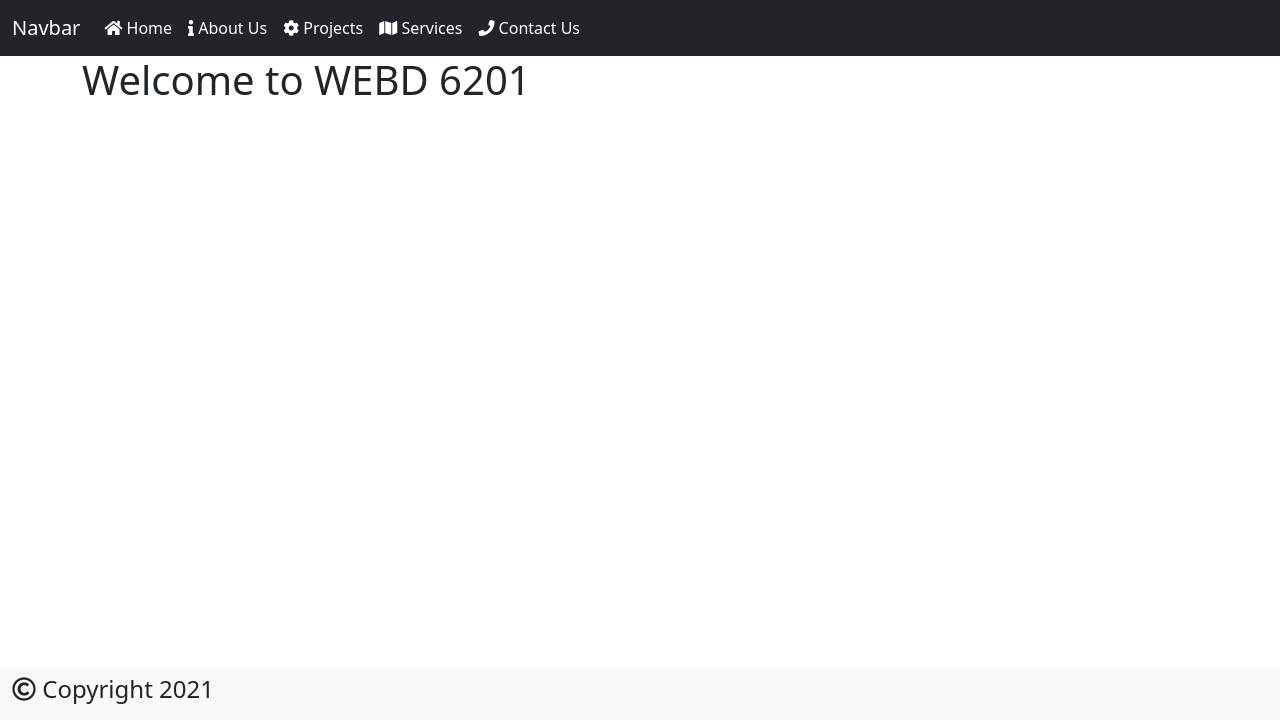
Repository: spencernewellevans/WEBD6201-ICE01
Page: index.html
These files come from the project's save history. The page is drawn as it stood at one moment and after the next save; the edit follows.
The browser window is 1280 px wide. The pictures show the whole page.

Above is the page before, as saved 2021-01-22 15:31:11.

### index.html
<!DOCTYPE html>
<html lang="en">
<head>
    <meta charset="UTF-8">
    <meta name="viewport" content="width=device-width, initial-scale=1.0">
    <title>WEBD6201 - ICE01</title>
    <!-- CSS Section-->
    <link rel="stylesheet" href="./node_modules/bootstrap/dist/css/bootstrap.min.css">
    <link rel="stylesheet" href="./node_modules/@fortawesome/fontawesome-free/css/all.min.css">
    <link rel="stylesheet" href="./Content/app.css">
</head>
<body>
    <header>
        <nav class="navbar navbar-expand-lg navbar-dark bg-dark">
            <div class="container-fluid">
              <a class="navbar-brand" href="#">Navbar</a>
              <button class="navbar-toggler" type="button" data-bs-toggle="collapse" data-bs-target="#navbarSupportedContent" aria-controls="navbarSupportedContent" aria-expanded="false" aria-label="Toggle navigation">
                <span class="navbar-toggler-icon"></span>
              </button>
              <div class="collapse navbar-collapse" id="navbarSupportedContent">
                <ul class="navbar-nav me-auto mb-2 mb-lg-0">
                  <li class="nav-item">
                    <a class="nav-link active" aria-current="page" href="#"><i class="fas fa-home fa-large"></i> Home</a>
                  </li>

                  <li class="nav-item">
                    <a class="nav-link active" aria-current="page" href="#"><i class="fas fa-info fa-large"></i> About Us</a>
                  </li>

                  <li class="nav-item">
                    <a class="nav-link active" aria-current="page" href="#"><i class="fas fa-cog fa-large"></i> Projects</a>
                  </li>

                  <li class="nav-item">
                    <a class="nav-link active" aria-current="page" href="#"><i class="fas fa-map fa-large"></i> Services</a>
                  </li>

                  <li class="nav-item">
                    <a class="nav-link active" aria-current="page" href="#"><i class="fas fa-phone fa-large"></i> Contact Us</a>
                  </li>
                </ul>
              </div>
            </div>
          </nav>
    </header>

    <main class="container">
        <h1>Welcome to WEBD 6201</h1>
        <p id="paragraphOne"></p>
    </main>

    <footer>
        <nav class="navbar fixed-bottom navbar-light bg-light">
            <div class="container-fluid">
              <h4><i class="far fa-copyright fa-large"></i> Copyright 2021</h4>
            </div>
          </nav>
    </footer>

    <!-- Script Section -->
    <script src="./node_modules/jquery/dist/jquery.min.js"></script>
    <script src="./node_modules/bootstrap/dist/js/bootstrap.bundle.min.js"></script>
    <script src="./Scripts/app.js"></script>
</body>
</html>

### content/app.css
/* Custom CSS goes here */

### scripts/app.js
/* Custom JavaScript goes here */

// IIFE - Immediately Invoked Function Expression
// Anonymous self-executing expression
// limits scope leak

"use strict";

(function()
{

    function Start()
    {
        console.log("App Started...");

        let paragraphOneText = "This is a simple site to demonstrate DOM manipulation for ICE 1";

        let paragraphOneElement = document.getElementById("paragraphOne");

    }

    window.addEventListener("load", Start);

})();

Loaded but not shown: node_modules/bootstrap/dist/css/bootstrap.min.css (library); node_modules/@fortawesome/fontawesome-free/css/all.min.css (library); node_modules/jquery/dist/jquery.min.js (library); node_modules/bootstrap/dist/js/bootstrap.bundle.min.js (library)

After the next save:
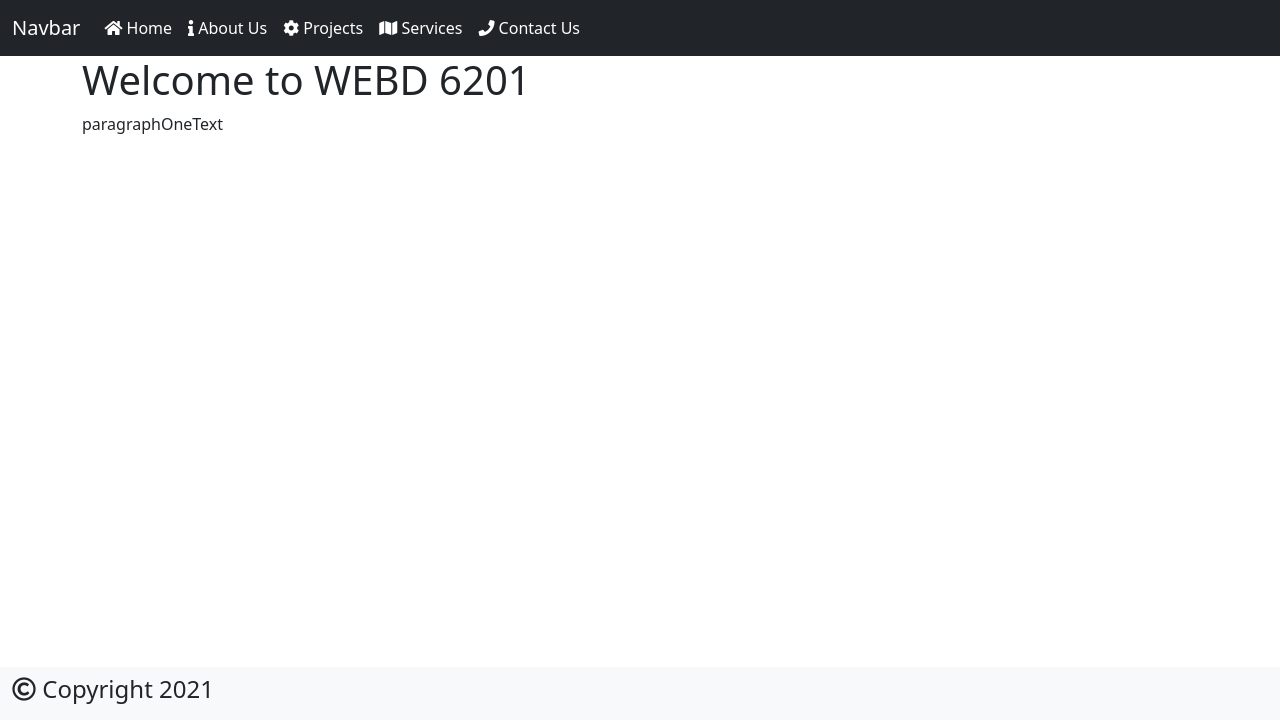
Saved 2 min 43 s later.
--- a/scripts/app.js
+++ b/scripts/app.js
@@ -17,6 +17,7 @@
 
         let paragraphOneElement = document.getElementById("paragraphOne");
 
+        paragraphOneElement.textContent = "paragraphOneText";
     }
 
     window.addEventListener("load", Start);
